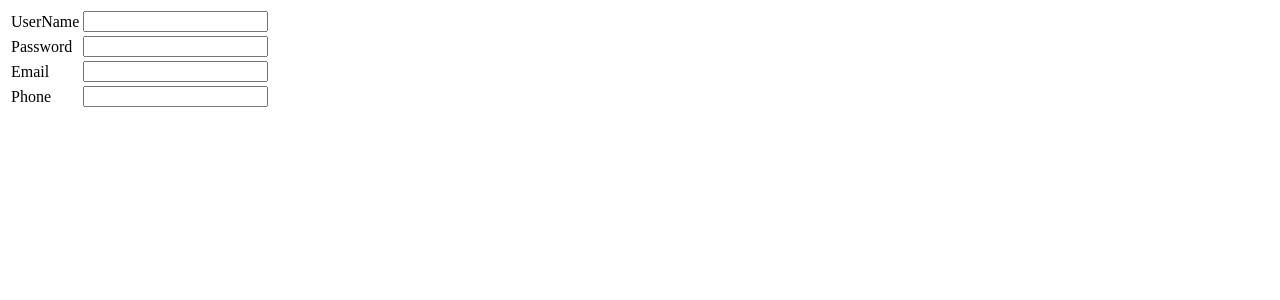
Repository: rukmini10/DXC
Page: http://localhost/Account_Management/memberRegister.jsp
These files come from the project's save history. The page is drawn as it stood at one moment and after the next save; the edit follows.
The browser window is 1280 px wide. The pictures show the whole page.
The page is served by Tomcat 9. Other server files are loaded and not shown.

Above is the page before, as saved 2022-05-09 08:53:45.

### DXC_MAVEN/Account_Management/src/main/webapp/memberRegister.jsp
<%@ page language="java" contentType="text/html; charset=ISO-8859-1"
	pageEncoding="ISO-8859-1"%>
<!DOCTYPE html>
<html>
<head>
<meta charset="ISO-8859-1">
<title>Insert title here</title>
</head>
<body>
<form>
<table>
<tr><td>UserName</td><td><input type="text" name="uname"></td></tr>
<tr><td>Password</td><td><input type="password" name="password"></td></tr>
<tr><td>Email</td><td><input type="text" name="email"></td></tr>
<tr><td>Phone</td><td><input type="text" name="phone"></td></tr>


</table>
</form>
</body>
</html>

After the next save:
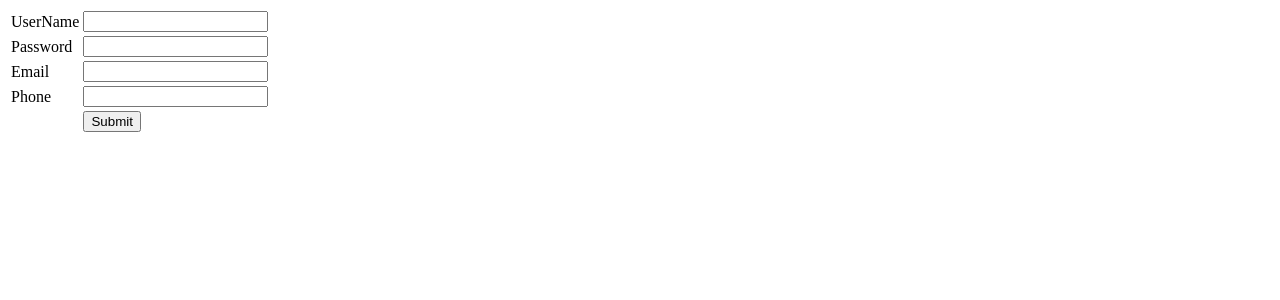
Saved 23 s later.
--- a/DXC_MAVEN/Account_Management/src/main/webapp/memberRegister.jsp
+++ b/DXC_MAVEN/Account_Management/src/main/webapp/memberRegister.jsp
@@ -13,6 +13,7 @@
 <tr><td>Password</td><td><input type="password" name="password"></td></tr>
 <tr><td>Email</td><td><input type="text" name="email"></td></tr>
 <tr><td>Phone</td><td><input type="text" name="phone"></td></tr>
+<tr><td></td><td><input type="submit" name="uname"></td></tr>
 
 
 </table>
